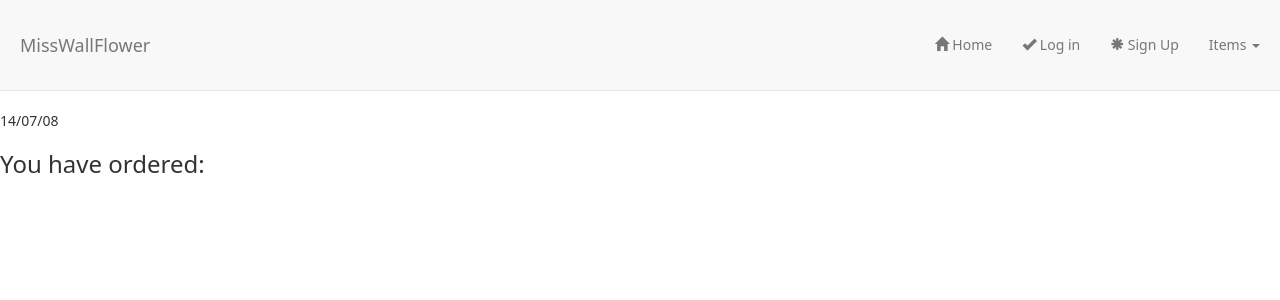
Repository: stardustxx/behua
Page: http://localhost/order.php
The author's editor kept a record of every edit. The page is drawn from the files as they stood at one moment, then again after the next edit.
The browser window is 1280 px wide. The pictures show the whole page.
The page is run by PHP 8.4 with error messages shown; the project is at /var/www/html/.

Above is the page before.

### order.php
<!doctype html>
<html>

<?php include('header.php'); ?>

<?php
    $x = 30;
    $today = date("y/m/d");
    echo $today . '<br>';
    echo '<h3>You have ordered: </h3>';
    for ($each = 1; $each <= $x; $each++){
        if ($x <= 15) {
            if ($_POST['image' . $each] != 0) {
                echo '<p>Canada' . $each . ": " . $_POST['image' . $each] . "<br>";
            }
        }
    }
?>

</body>
</html>

### header.php
<head>
<meta charset="utf-8">
<meta name="viewport" content="width=device-width, initial-scale=1">
<title>MissBehua</title>
<script type = "text/javascript" src = "js/jquery.js"></script>
<script type = "text/javascript" src = "js/masonry.pkgd.min.js"></script>
<script type = "text/javascript" src = "js/bootstrap.js"></script>
<script type = "text/javascript" src = "js/someFunction.js"></script>
<script type = "text/javascript" src = "js/imagesloaded.pkgd.min.js"></script>
<link href='http://fonts.googleapis.com/css?family=Noto+Sans' rel='stylesheet' type='text/css'>
<link rel = "stylesheet" type = "text/css" href = "css/bootstrap.css">
<link rel = "stylesheet" type = "text/css" href = "css/style.css">

</head>

<body>

<!-- Navbar -->
<nav class="navbar navbar-static-top navbar-default" role="navigation">
  <div class="container-fluid">
    <!-- Brand and toggle get grouped for better mobile display -->
    <div class="navbar-header">
      <button type="button" class="navbar-toggle" data-toggle="collapse" data-target="#bs-example-navbar-collapse-1">
        <span class="sr-only">Toggle navigation</span>
        <span class="icon-bar"></span>
        <span class="icon-bar"></span>
        <span class="icon-bar"></span>
      </button>
      <a class="navbar-brand" href="index.php">MissWallFlower</a>
    </div>

    <!-- Collect the nav links, forms, and other content for toggling -->
    <div class="collapse navbar-collapse" id="bs-example-navbar-collapse-1">
      <ul class="nav navbar-nav navbar-right">
      <li><a href="index.php">
          <span class = "glyphicon glyphicon-home"></span> Home
</a>        </li>
    <li><a href="login.php">
          <span class = "glyphicon glyphicon-ok"></span> Log in
</a>        </li>
          <li><a href="signup.php">
          <span class = "glyphicon glyphicon-asterisk"></span> Sign Up
</a>          </li>
        <li class="dropdown">
          <a href="#" class="dropdown-toggle" data-toggle="dropdown">Items <span class="caret"></span></a>
          <ul class="dropdown-menu" role="menu">
            <li><a href="#">Crystal</a></li>
            <li><a href="#">Another action</a></li>
            <li><a href="#">Something else here</a></li>
            <li><a href="#">Separated link</a></li>
            <li><a href="#">One more separated link</a></li>
          </ul>
        </li>
      </ul>
    </div><!-- /.navbar-collapse -->
  </div><!-- /.container-fluid -->
</nav>

### js/someFunction.js
$(function() {
  var $container = $('#masonry');
  $container.imagesLoaded(function() {
    $container.masonry({
      itemSelector: '.item',
      gutterWidth: 20,
      isAnimated: true,
    });
  });
});

### css/style.css
.tbCenter {
    text-align: center;
}

body {
    font-family: 'Noto Sans', sans-serif;
}

#masonry {
    max-width: 1500px;
    margin-left: auto;
    margin-right: auto;
}

.container-fluid {
    padding: 20px;
}

.item {
    margin: 10px;
    float: left;
    width: 150px;
    box-shadow: 10px 10px 5px #888888;
}

.imgs img {
    max-width: 100%;
}

Loaded but not shown: js/jquery.js (library); js/masonry.pkgd.min.js (library); js/bootstrap.js (library); js/imagesloaded.pkgd.min.js (library); css/bootstrap.css (library)

After the next edit:
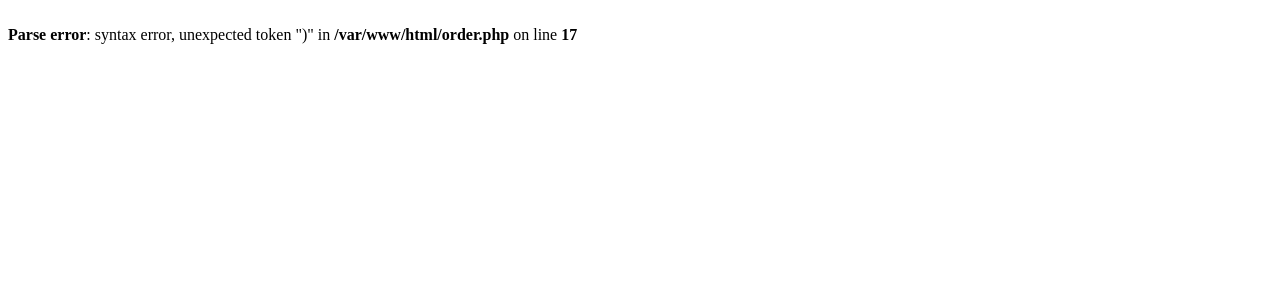
The edit:
--- a/order.php
+++ b/order.php
@@ -14,6 +14,7 @@
                 echo '<p>Canada' . $each . ": " . $_POST['image' . $each] . "<br>";
             }
         }
+        elseif ($x <)
     }
 ?>
 
